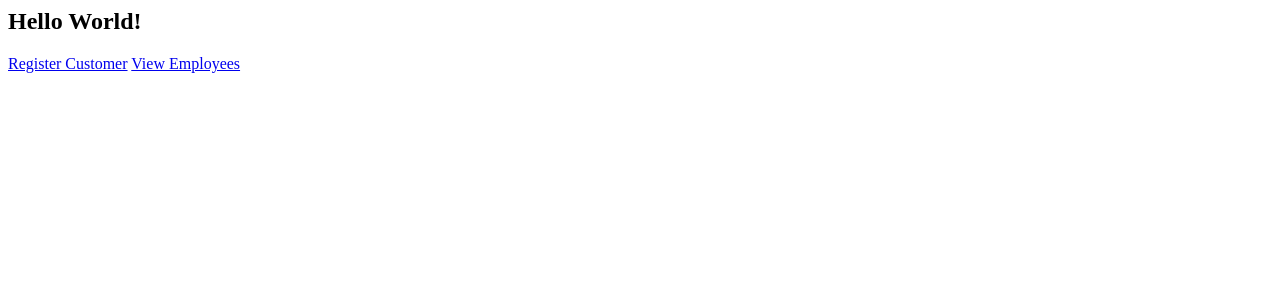
Repository: Nuthan12/Bike-Rental-System
Page: http://localhost/Bike_Rental_System/
These files come from the project's save history. The page is drawn as it stood at one moment and after the next save; the edit follows.
The browser window is 1280 px wide. The pictures show the whole page.
The page is served by Tomcat 9. Other server files are loaded and not shown.

Above is the page before, as saved 2023-05-05 09:23:43.

### Bike_Rental_System/src/main/webapp/index.jsp
<html>
<body>
<h2>Hello World!</h2>
<a href="customerRegistrationForm">Register Customer</a>
<a href="viewCustomers">View Employees</a>
</body>
</html>

After the next save:
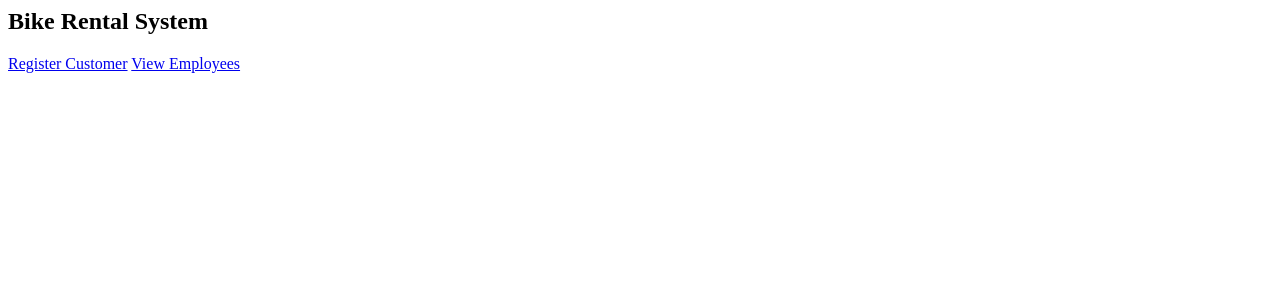
Saved 4 min 14 s later.
--- a/Bike_Rental_System/src/main/webapp/index.jsp
+++ b/Bike_Rental_System/src/main/webapp/index.jsp
@@ -1,6 +1,6 @@
 <html>
 <body>
-<h2>Hello World!</h2>
+<h2>Bike Rental System</h2>
 <a href="customerRegistrationForm">Register Customer</a>
 <a href="viewCustomers">View Employees</a>
 </body>
